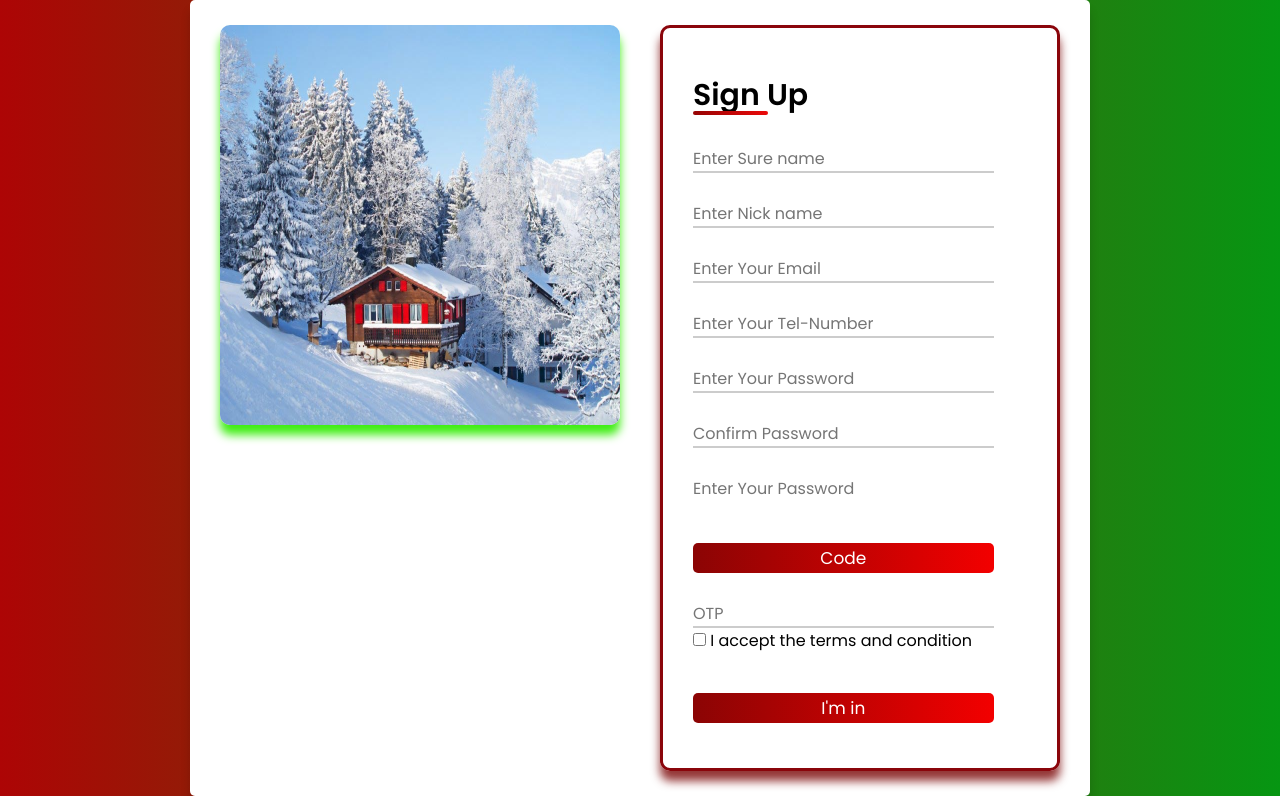
Repository: dev-ashik/Halloween
Page: Reg Page/Index.html
These files come from the project's save history. The page is drawn as it stood at one moment and after the next save; the edit follows.
The browser window is 1280 px wide. The pictures show the whole page.

Above is the page before, as saved 2021-12-21 22:29:14.

### Reg Page/Index.html
<!DOCTYPE html>
<html lang="en">

<head>
    <meta charset="UTF-8">
    <meta http-equiv="X-UA-Compatible" content="IE=edge">
    <meta name="viewport" content="width=device-width, initial-scale=1.0">
    <title>Regristration page</title>
    <link rel="stylesheet" href="CSS/main.css">
</head>

<body>
    <div class="con">
        <div class="bann">
            <img src="IMG/banner.jpg" alt="">
        </div>
        <div class="form">
            <form action="#">
                <div class="title">Sign Up</div>
                <div class="box">
                    <input type="text" placeholder="Enter Sure name" id="fn" required>
                    <div class="underline"></div>
                </div>
                <div class="box"> <input type="text" placeholder="Enter Nick name" id="ln" required>
                    <div class="underline"></div>
                </div>
                <div class="box underline">
                    <input type="text" placeholder="Enter Your Email" id="mail" required>
                    <div class="underline"></div>
                    <!--Email Field with velidation-->
                </div>
                <div class="box underline">
                    <input type="text" placeholder="Enter Your Tel-Number" id="number" required>
                    <div class="underline"></div>
                </div>
                <div class="box">
                    <input type="password" placeholder="Enter Your Password" id="pwd" required>
                    <div class="underline"></div>
                    <!--Password Field with velidation-->
                </div>
                <div class="box">
                    <input type="password" placeholder="Confirm Password" id="pwd" required>
                    <div class="underline"></div>
                </div>
                <div class="box">
                    <input type="password" placeholder="Enter Your Password" id="pwd" required>
                </div>
                <div class="box button">
                    <button onclick="vercod()" id="vc">Code</button>
                    <!--Code form-->
                </div>
                <div class="box">
                    <input type="text" placeholder="OTP" id="otp" required>
                    <div class="underline"></div>
                    <!--Security Code with velidation-->
                </div>
                <div class="Agreement">
                    <input type="checkbox" id="cb" value="Agree">
                    <label for="Agree">I accept the terms and condition</label>
                    <!--Agreement box-->
                </div>
                <div class="box button">
                    <button onclick="sub()">I'm in</button>
                </div>
            </form>
        </div>
    </div>
</body>
<script src="JS/main.js"></script>

</html>

### Reg Page/CSS/main.css
@import url('https://fonts.googleapis.com/css2?family=Poppins:wght@200;300;400;500;600;700&display=swap');
@import url('https://fonts.googleapis.com/css2?family=Poppins:wght@200;300;400;500;600;700&display=swap');
* {
    margin: 0;
    padding: 0;
    box-sizing: border-box;
    font-family: 'Poppins', sans-serif;
}

html,
body {
    display: grid;
    height: 100vh;
    width: 100%;
    place-items: center;
    background: linear-gradient(to right, #ad0505 0%, #069612 100%);
}

 ::selection {
    background: #ff80bf;
}

.con {
    background: #fff;
    max-width: 900px;
    width: 100%;
    padding: 25px 30px;
    border-radius: 5px;
    box-shadow: 0 10px 10px rgba(0, 0, 0, 0.15);
}

.con .bann img {
    float: left;
    width: 400px;
    height: 400px;
    border-radius: 10px;
    box-shadow: 0 10px 10px #40ee14;
}

.con .form {
    float: right;
    border: 3px solid rgb(138, 5, 11);
    border-radius: 10px;
    padding: 25px 30px;
    max-width: 400px;
    width: 100%;
    box-shadow: 0 10px 10px rgba(121, 4, 4, 0.795);
}

.con .form form .title {
    font-size: 30px;
    font-weight: 600;
    margin: 20px 0 10px 0;
    position: relative;
}

.con .form form .title:before {
    content: '';
    position: absolute;
    height: 4px;
    width: 75px;
    left: 0px;
    bottom: 3px;
    border-radius: 5px;
    background: linear-gradient(to right, #960404 0%, #eb0909 100%);
}

.con .form form .box {
    width: 90%;
    height: 30px;
    margin-top: 25px;
    position: relative;
}

.con .form form .box input {
    width: 100%;
    height: 100%;
    outline: none;
    font-size: 16px;
    border: none;
}

.con .form form .underline::before {
    content: '';
    position: absolute;
    height: 2px;
    width: 100%;
    background: #ccc;
    left: 0;
    bottom: 0;
}

.con .form form .underline::after {
    content: '';
    position: absolute;
    height: 2px;
    width: 100%;
    background: linear-gradient(to right, rgb(136, 2, 2) 0%, #f10404 100%);
    left: 0;
    bottom: 0;
    transform: scaleX(0);
    transform-origin: left;
    transition: all 0.3s ease;
}

.con .form form .box input:focus~.underline::after,
.con .form form .box input:valid~.underline::after {
    transform: scaleX(1);
    transform-origin: left;
}

.con .form form .button {
    margin: 40px 0 20px 0;
}

.con .form .box button {
    width: 100%;
    height: 100%;
    outline: none;
    font-size: 16px;
    border: none;
    background: linear-gradient(to right, #8b0404 0%, #f30000 100%);
    font-size: 17px;
    color: #fff;
    border-radius: 5px;
    cursor: pointer;
    transition: all 0.3s ease;
}

.con .form .box button:hover {
    letter-spacing: 1px;
    background: linear-gradient(to left, #8a0404 0%, #fc0707 100%);
}

footer {
    text-align: center;
    font-size: 30px;
    color: greenyellow;
}

footer:hover {
    color: greenyellow;
    text-shadow: 1px 1px 2px black, 0 0 25px rgb(11, 247, 3), 0 0 5px rgb(10, 255, 1);
}

Loaded but not shown: Reg Page/JS/main.js (no stored copy; drawn as an empty file)

After the next save:
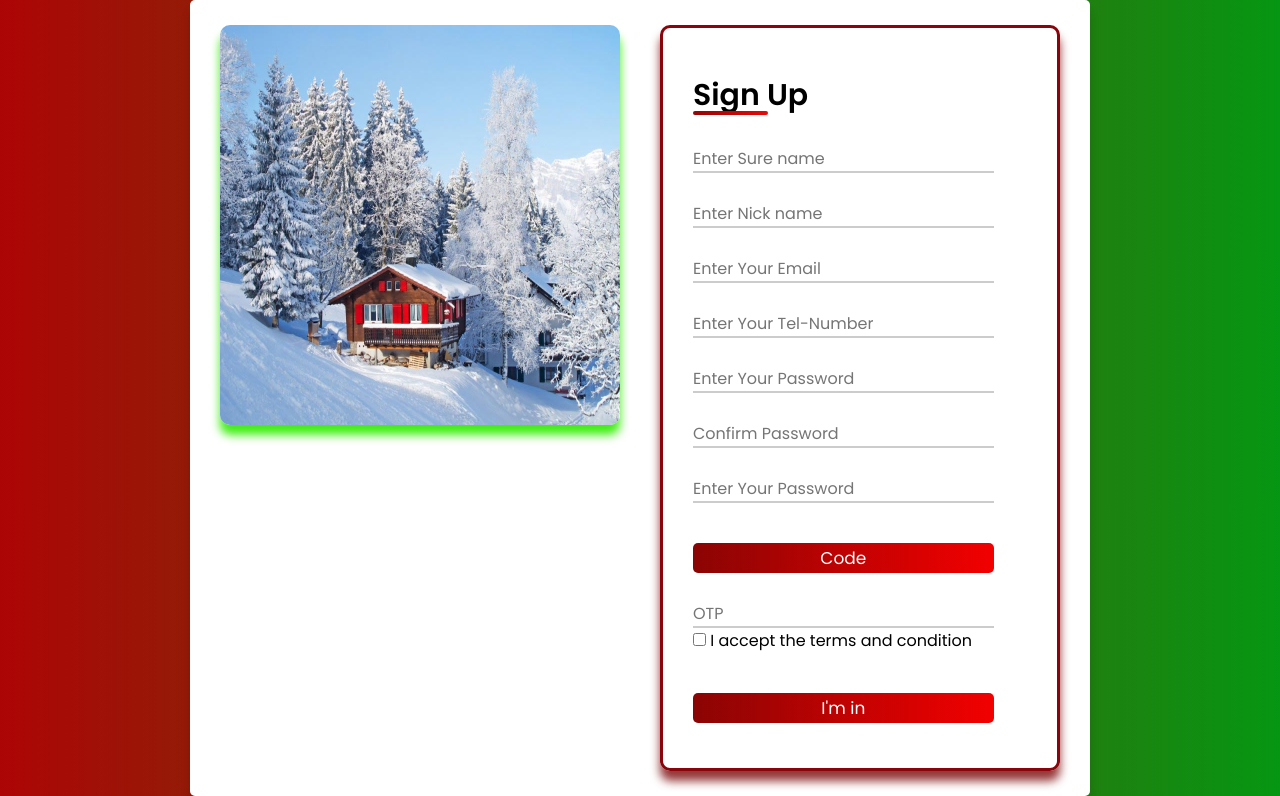
Saved 7 s later.
--- a/Reg Page/Index.html
+++ b/Reg Page/Index.html
@@ -44,6 +44,7 @@
                 </div>
                 <div class="box">
                     <input type="password" placeholder="Enter Your Password" id="pwd" required>
+                    <div class="underline"></div>
                 </div>
                 <div class="box button">
                     <button onclick="vercod()" id="vc">Code</button>
